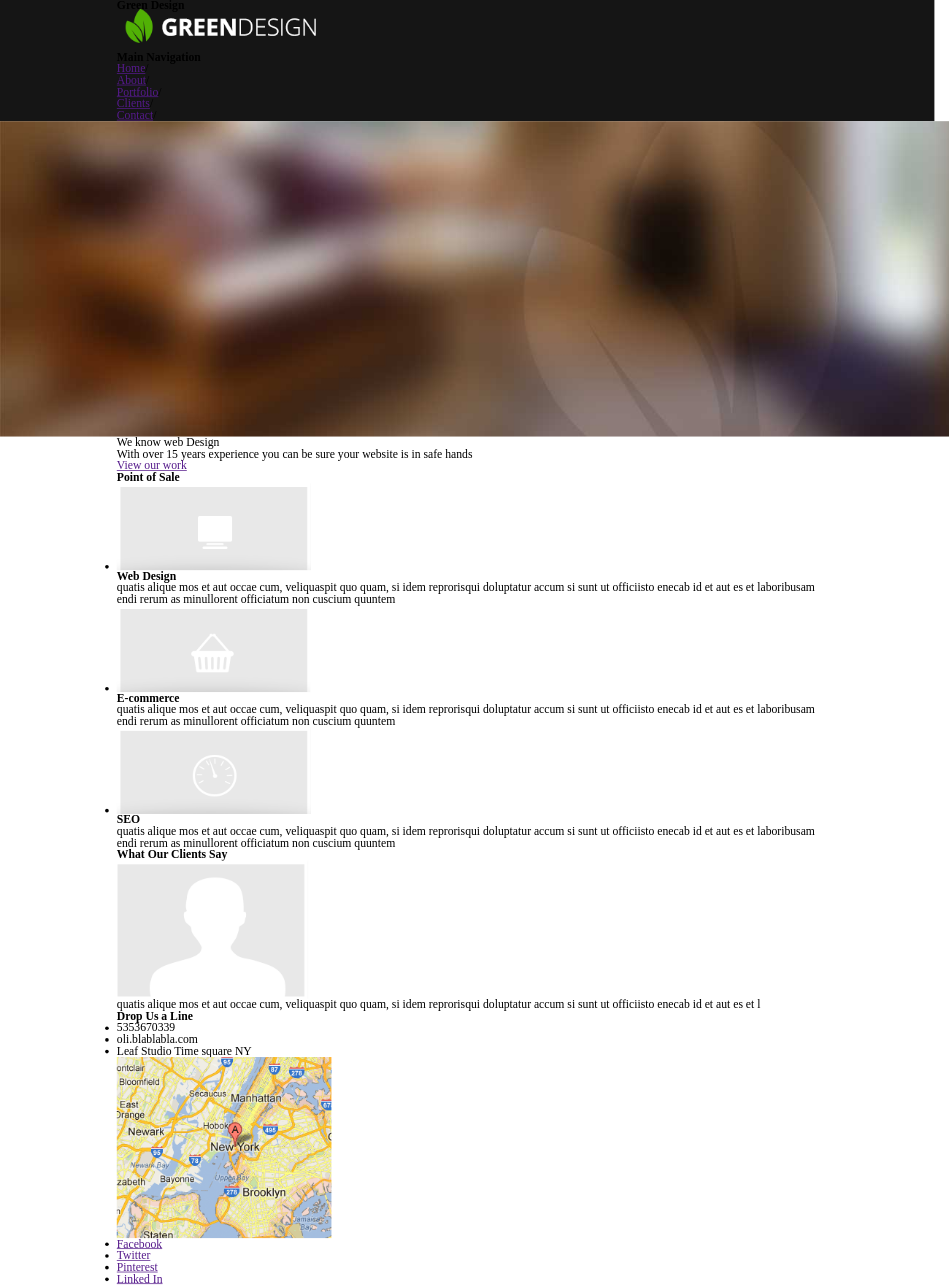
Repository: Piterwk1/psd-to-html
Page: website/index.html
These files come from the project's save history. The page is drawn as it stood at one moment and after the next save; the edit follows.
The browser window is 1280 px wide. The page is 1300 px wide, so the pictures cover 1300 px, including what lies to the right of the window. The pictures show the whole page, at 73% of full size.

Above is the page before, as saved 2021-09-13 21:52:48.

### website/index.html
<html lang="en">

<head>
    <meta charset="UTF-8">
    <meta http-equiv="X-UA-Compatible" content="IE=edge">
    <meta name="viewport" content="width=device-width, initial-scale=1.0">
    <title>Green Design</title>
    <link rel="stylesheet" href="style.css">
</head>

<body>
    <header>
        <div class="wrapper">
            <h1 id="logo">Green Design</h1>
            <nav>
                <h2>Main Navigation</h2>
                <ul>
                    <li><a href="">Home</a><span>/</span></li>
                    <li><a href="">About</a><span>/</span></li>
                    <li><a href="">Portfolio</a><span>/</span></li>
                    <li><a href="">Clients</a><span>/</span></li>
                    <li><a href="">Contact</a><span>/</span></li>
                </ul>
            </nav>
        </div>
    </header>
    <div id="lead-banner">
        <img src="images/Baner.jpg" alt="main banner">
        <div class="banner-overlay">
            <div class="wrapper">
                <div class="banner-title">We know web Design</div>
                <p>With over 15 years experience you can be sure your website is in safe hands</p>
                <a href="">View our work</a>
            </div>
        </div>
    </div>
    <div id="main-content">

        <div class="wrapper">

            <section id="points-of-sale">
                <h2>Point of Sale</h2>
                <ul>
                    <li>
                        <img src="images/cs1.png" alt="Web Design">
                        <h3>Web Design</h3>
                        <p>quatis alique mos et aut occae cum, veliquaspit quo quam, si idem reprorisqui doluptatur
                            accum si
                            sunt ut officiisto enecab id et aut es et laboribusam endi rerum as minullorent officiatum
                            non
                            cuscium quuntem</p>
                    </li>
                    <li>
                        <img src="images/cs2.png" alt="E-commerce">
                        <h3>E-commerce</h3>
                        <p>quatis alique mos et aut occae cum, veliquaspit quo quam, si idem reprorisqui doluptatur
                            accum si
                            sunt ut officiisto enecab id et aut es et laboribusam endi rerum as minullorent officiatum
                            non
                            cuscium quuntem</p>
                    </li>
                    <li>
                        <img src="images/cs3.png" alt="SEO">
                        <h3>SEO</h3>
                        <p>quatis alique mos et aut occae cum, veliquaspit quo quam, si idem reprorisqui doluptatur
                            accum si
                            sunt ut officiisto enecab id et aut es et laboribusam endi rerum as minullorent officiatum
                            non
                            cuscium quuntem</p>
                    </li>
                </ul>
            </section>
            <section id="clients">
                <h2>What Our Clients Say</h2>
                <img src="images/head.png" alt="head">
                <!-- <img src="images/quotes.png" alt="quotes"> -->
                <blockquote>quatis alique mos et aut occae cum, veliquaspit quo quam, si idem reprorisqui doluptatur
                    accum
                    si sunt ut officiisto enecab id et aut es et l</blockquote>
            </section>
            <section id="contact">
                <h2>Drop Us a Line</h2>
                <ul id="contact-methods">
                    <li>5353670339</li>
                    <li>oli.blablabla.com</li>
                    <li>
                        <span>Leaf Studio</span>
                        <span>Time square</span>
                        <span>NY</span>
                    </li>
                </ul>
                <img src="images/map.png" alt="map">
                <ul id="social-map">
                    <li class="facebook"><a href="">Facebook</a></li>
                    <li class="twitter"><a href="">Twitter</a></li>
                    <li class="pinterest"><a href="">Pinterest</a></li>
                    <li class="linked-in"><a href="">Linked In</a></li>
                </ul>
            </section>
        </div>
    </div>
</body>

</html>

### website/style.css
html, body, div, span, object, iframe,
h1, h2, h3, h4, h5, h6, p, blockquote, pre,
abbr, address, cite, code,
del, dfn, em, img, ins, kbd, q, samp,
small, strong, sub, sup, var,
b, i,
dl, dt, dd, ol, ul, li,
fieldset, form, label, legend,
table, caption, tbody, tfoot, thead, tr, th, td,
article, aside, canvas, details, figcaption, figure,
footer, header, hgroup, menu, nav, section, summary,
time, mark, audio, video {
    margin:0;
    padding:0;
    border:0;
    outline:0;
    font-size:100%;
    vertical-align:baseline;
    background:transparent;
}

body {
    line-height:1;
}

article,aside,details,figcaption,figure,
footer,header,hgroup,menu,nav,section {
    display:block;
}

nav ul {
    list-style:none;
}

blockquote, q {
    quotes:none;
}

blockquote:before, blockquote:after,
q:before, q:after {
    content:'';
    content:none;
}

a {
    margin:0;
    padding:0;
    font-size:100%;
    vertical-align:baseline;
    background:transparent;
}

/* change colours to suit your needs */
ins {
    background-color:#ff9;
    color:#000;
    text-decoration:none;
}

/* change colours to suit your needs */
mark {
    background-color:#ff9;
    color:#000;
    font-style:italic;
    font-weight:bold;
}

del {
    text-decoration: line-through;
}

abbr[title], dfn[title] {
    border-bottom:1px dotted;
    cursor:help;
}

table {
    border-collapse:collapse;
    border-spacing:0;
}

/* change border colour to suit your needs */
hr {
    display:block;
    height:1px;
    border:0;
    border-top:1px solid #cccccc;
    margin:1em 0;
    padding:0;
}

input, select {
    vertical-align:middle;
}

.wrapper {
    width: 100%;
    max-width: 960px;
    margin: 0 auto;
}

header {
    display: flex;
    background: #151515;
}

#logo {
    align-self: flex-start;
    background: url(images/Logo.png) no-repeat;
    height: 70px;
    width: 280px;
}

After the next save:
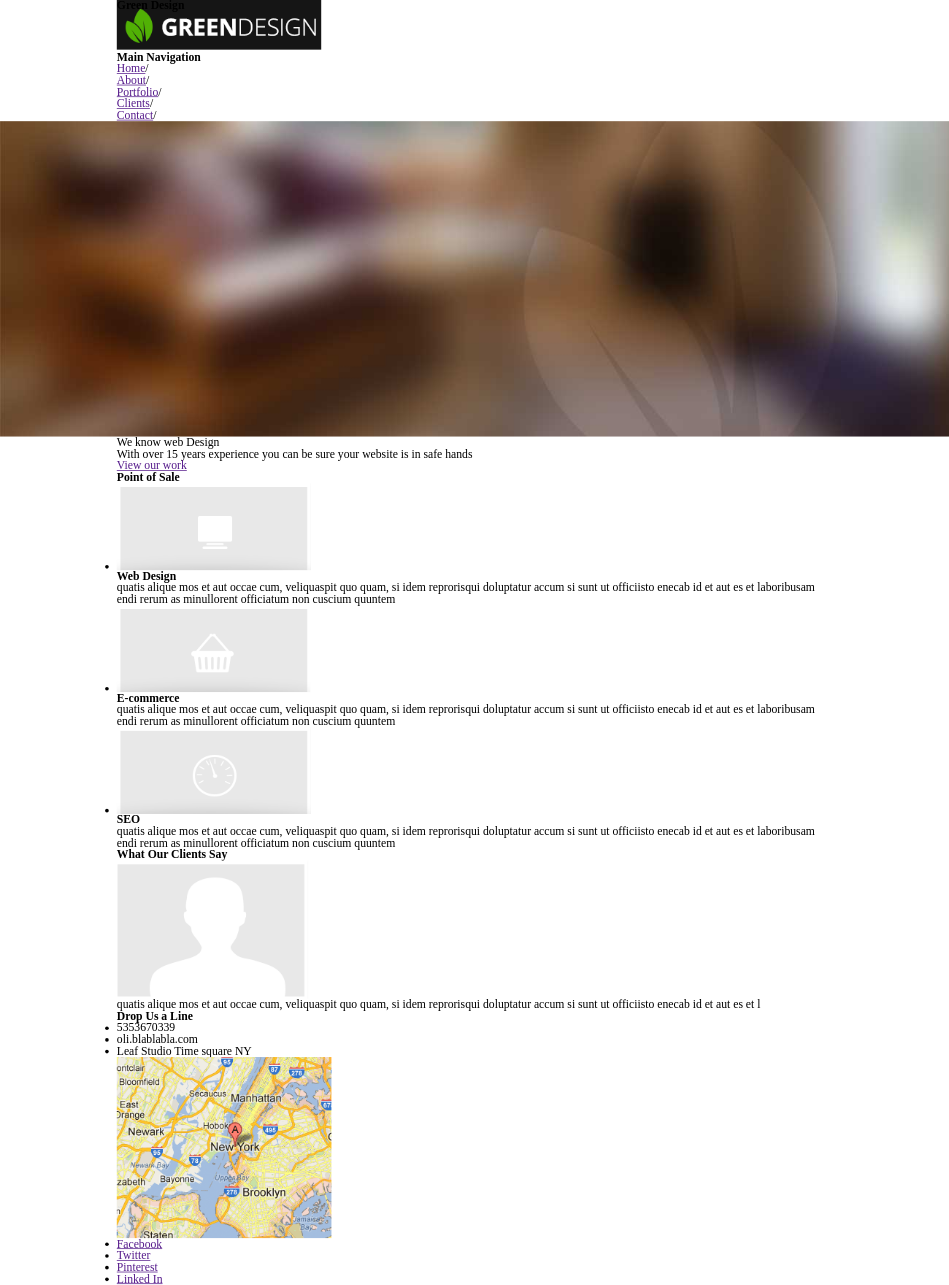
Saved 113 s later.
--- a/website/style.css
+++ b/website/style.css
@@ -100,7 +100,7 @@
 }
 
 header {
-    display: flex;
+    display:flexbox
     background: #151515;
 }
 

After the save that followed:
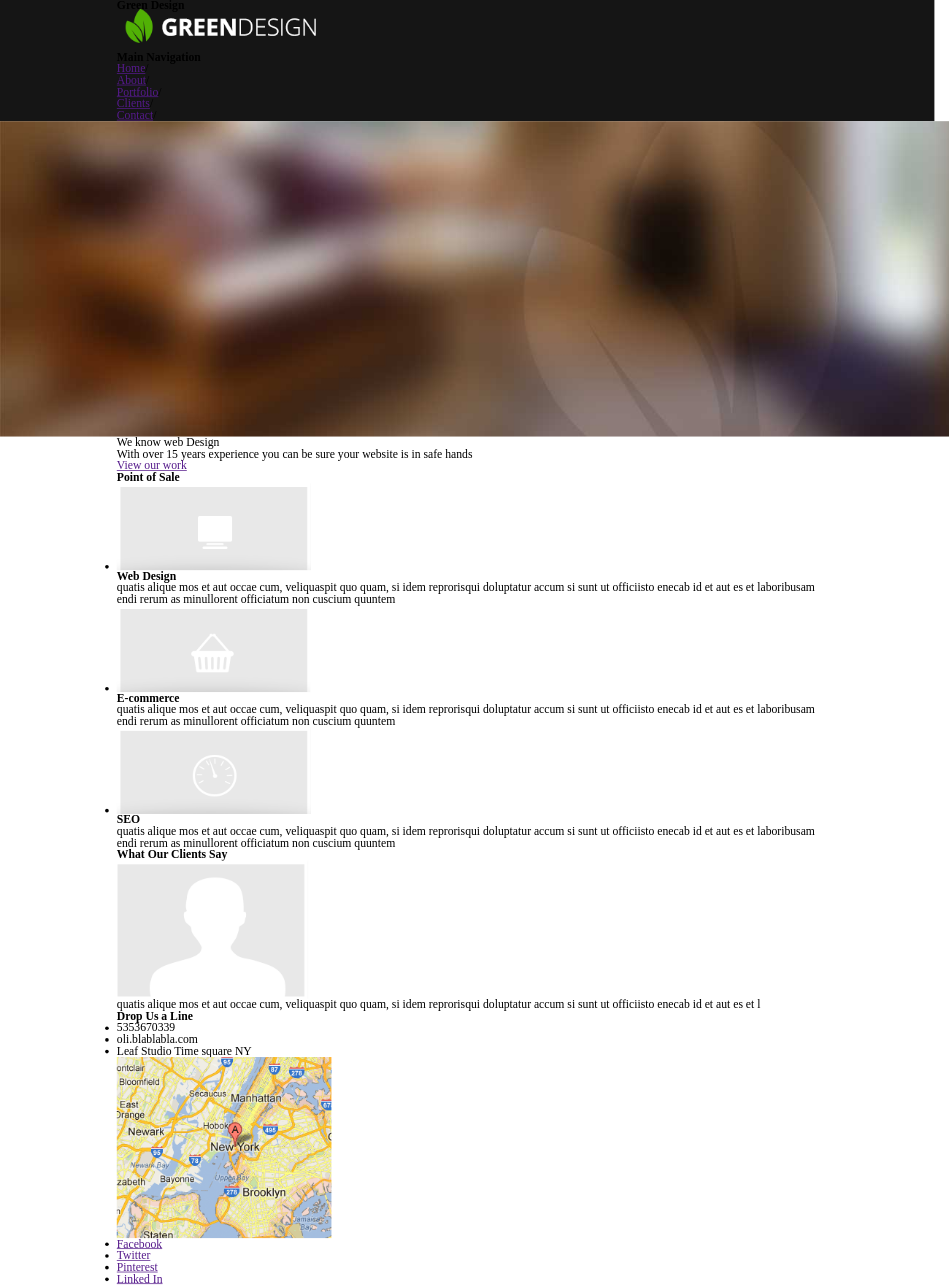
Saved 5 s later.
--- a/website/style.css
+++ b/website/style.css
@@ -100,7 +100,7 @@
 }
 
 header {
-    display:flexbox
+    display:flexbox;
     background: #151515;
 }
 
